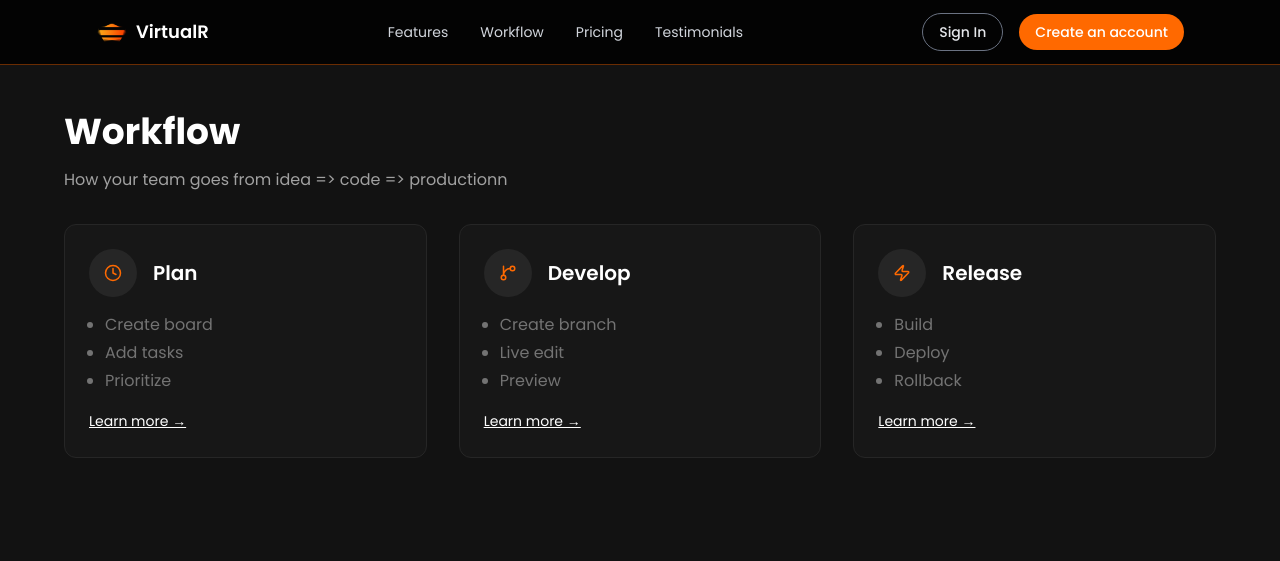
Repository: Khushichugh14/Virtualab
Page: /workflow
An editor plug-in stored every save of this project. The page is shown before and after the next save, followed by the edit.
The browser window is 1280 px wide. The pictures show the whole page.
The project was rebuilt for these pictures with package versions that can differ from the ones it lists, and the page was loaded fresh each time. Also part of the build but not shown: vite.config.js, src/constants/index.jsx, src/pages/StartFree.jsx, src/pages/Documentation.jsx, src/pages/CreatAccount.jsx, src/pages/SignIn.jsx, src/components/HeroSection.jsx, src/components/FeatureSection.jsx and 9 more. Imported but missing from the stored project, and not drawn on this page: src/assets/video1.mp4, src/assets/video2.mp4.

Above is the page before, as saved 2025-12-11 12:03:04.

After the next save:
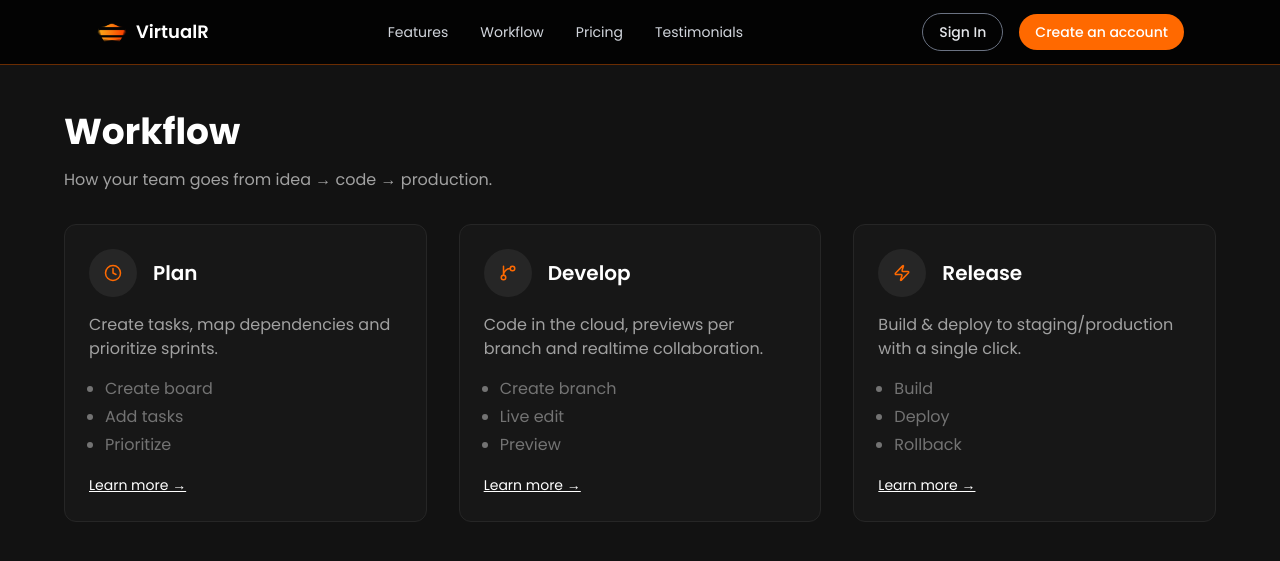
Saved 72 s later.
--- a/src/pages/WorkFlowPage.jsx
+++ b/src/pages/WorkFlowPage.jsx
@@ -4,30 +4,39 @@ import { Link } from "react-router-dom";
 
 const WorkflowPage = () => {
   return (
-    <main className="px-6 pt-28 pb-12"> {/* pt-28 clears fixed navbar */}
+    <main className="px-6 pt-28 pb-12">
       <div className="max-w-6xl mx-auto">
         <h1 className="text-4xl font-bold mb-4">Workflow</h1>
-        <p className="text-neutral-400 max-w-2xl mb-8"> How your team goes from idea => code => productionn</p>
+        <p className="text-neutral-400 max-w-2xl mb-8">
+          How your team goes from idea → code → production.
+        </p>
 
         <div className="grid grid-cols-1 md:grid-cols-3 gap-8">
           {workflow.map((w) => (
-            <div key={w.id} className="p-6 bg-neutral-900 rounded-xl border border-neutral-800">
+            <div
+              key={w.id}
+              className="p-6 bg-neutral-900 rounded-xl border border-neutral-800 hover:shadow-lg transition h-full flex flex-col"
+            >
               <div className="flex items-center gap-4 mb-4">
                 <div className="h-12 w-12 flex items-center justify-center rounded-full bg-neutral-800 text-orange-500">
                   {w.icon}
                 </div>
                 <h3 className="text-xl font-semibold">{w.title}</h3>
               </div>
-              <p className="text-neutral-400 mb-3">{w.description}</p>
 
-              <ul className="text-neutral-500 ml-4 list-disc space-y-1">
+              <p className="text-neutral-400 mb-4 flex-1">{w.short}</p>
+
+              <ul className="text-neutral-500 ml-4 list-disc space-y-1 mb-4">
                 {w.steps.map((s, i) => (
                   <li key={i}>{s}</li>
                 ))}
               </ul>
 
-              <div className="mt-4">
-                <Link to={`/workflow/${w.id}`} className="text-sm underline">
+              <div className="mt-auto">
+                <Link
+                  to={`/workflow/${w.id}`}
+                  className="text-sm underline hover:no-underline"
+                >
                   Learn more →
                 </Link>
               </div>
